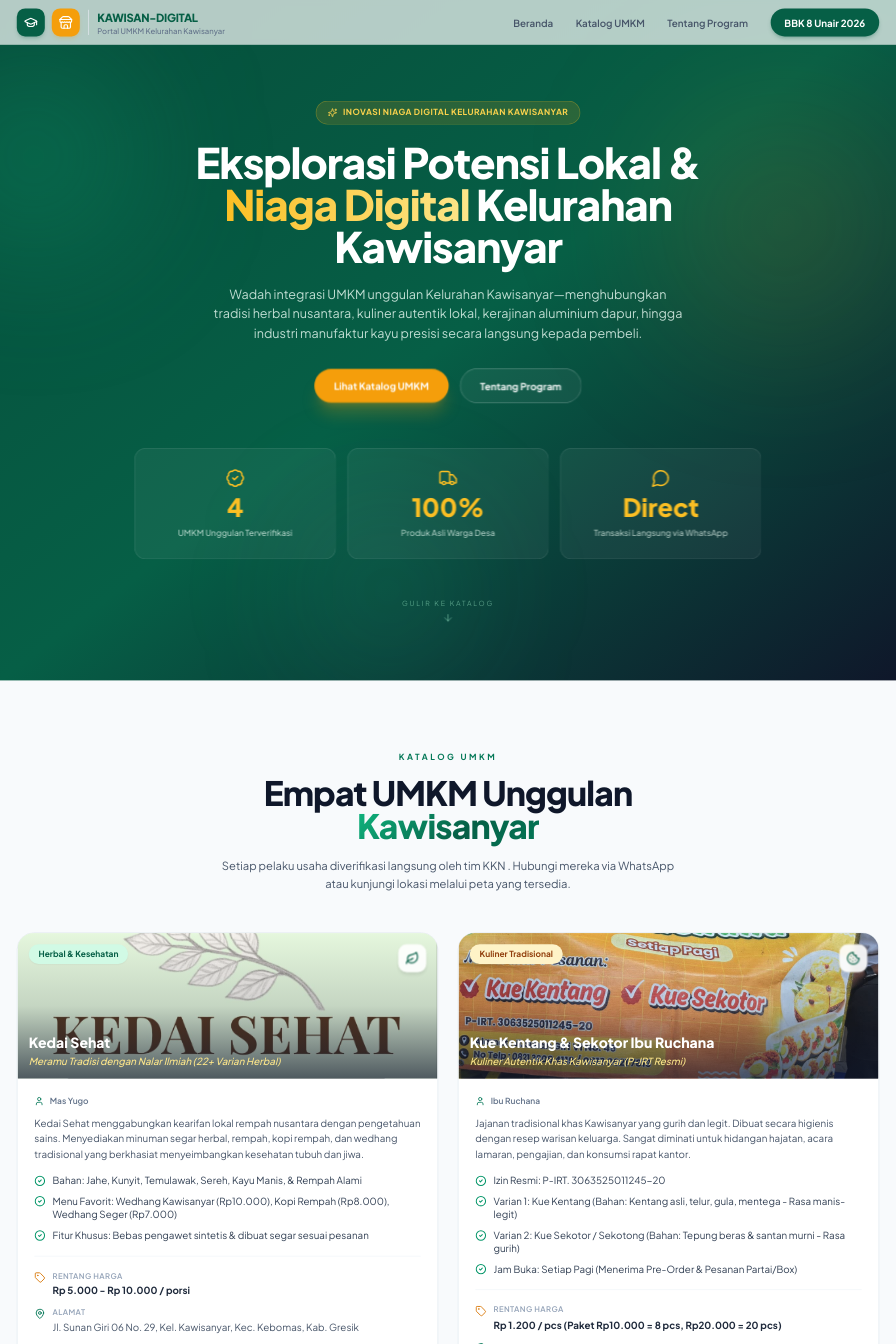
Repository: Anggaaa2006/Kawisan-Digital-
Page: /
The author's editor kept a copy of each file at every save. The page is drawn from the files as they stood at one save, then again after the next save.
The browser window is 1280 px wide. The pictures show the part of the page from y = 0 to 1920 px (the page is 3971 px tall), at 70% of full size.
The project was rebuilt for these pictures with package versions that can differ from the ones it lists, and the page was loaded fresh each time. Also part of the build but not shown: vite.config.ts, src/components/UmkmDetail.tsx.

Above is the page before, as saved 2026-08-03 16:47:22.

After the next save:
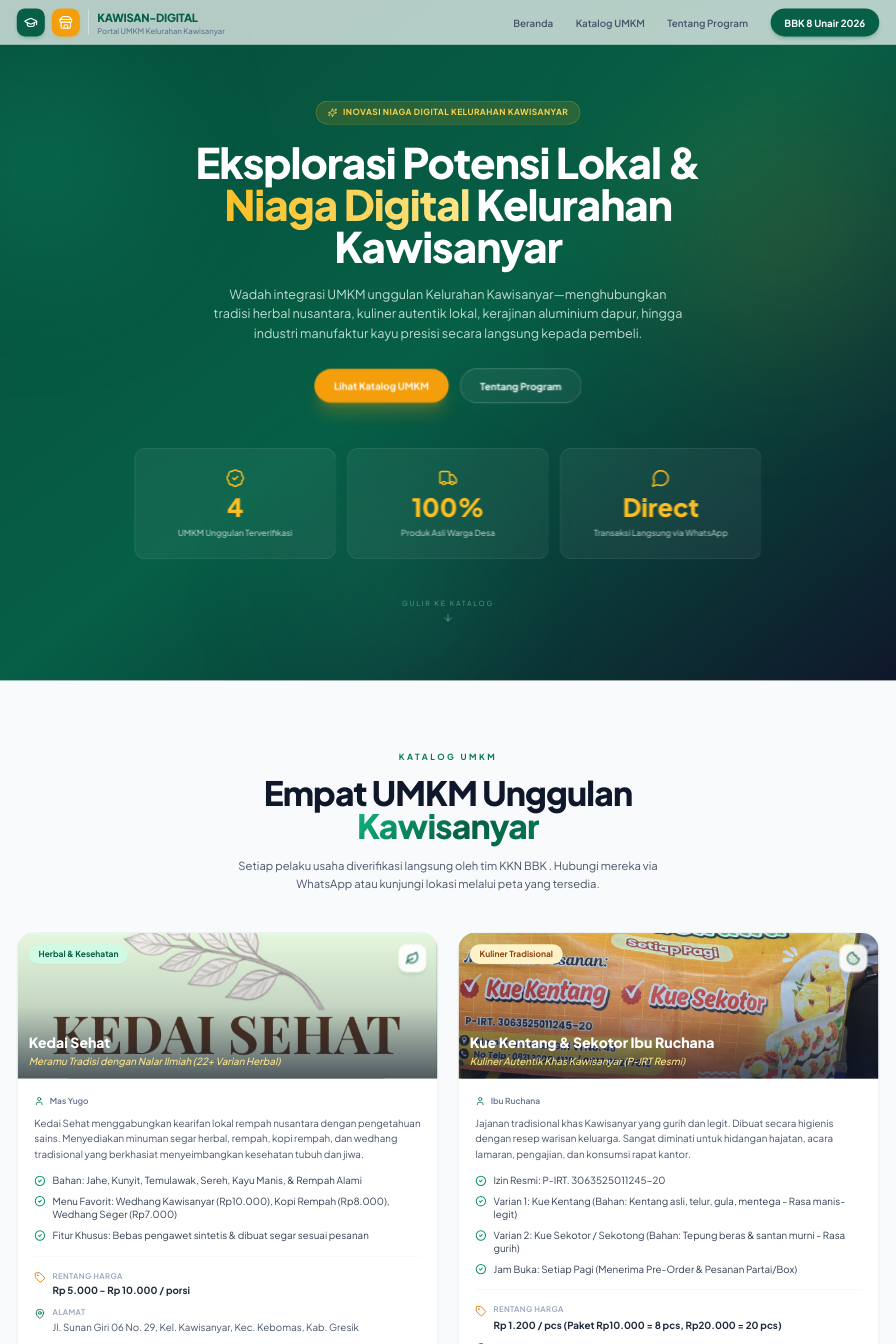
Saved 7 s later.
--- a/src/components/Catalog.tsx
+++ b/src/components/Catalog.tsx
@@ -147,7 +147,7 @@ export default function Catalog() {
             Empat UMKM Unggulan <span className="emerald-text">Kawisanyar</span>
           </h2>
           <p className="mt-5 text-base leading-relaxed text-slate-600">
-            Setiap pelaku usaha diverifikasi langsung oleh tim KKN . Hubungi mereka via
+            Setiap pelaku usaha diverifikasi langsung oleh tim KKN BBK . Hubungi mereka via
             WhatsApp atau kunjungi lokasi melalui peta yang tersedia.
           </p>
         </div>
